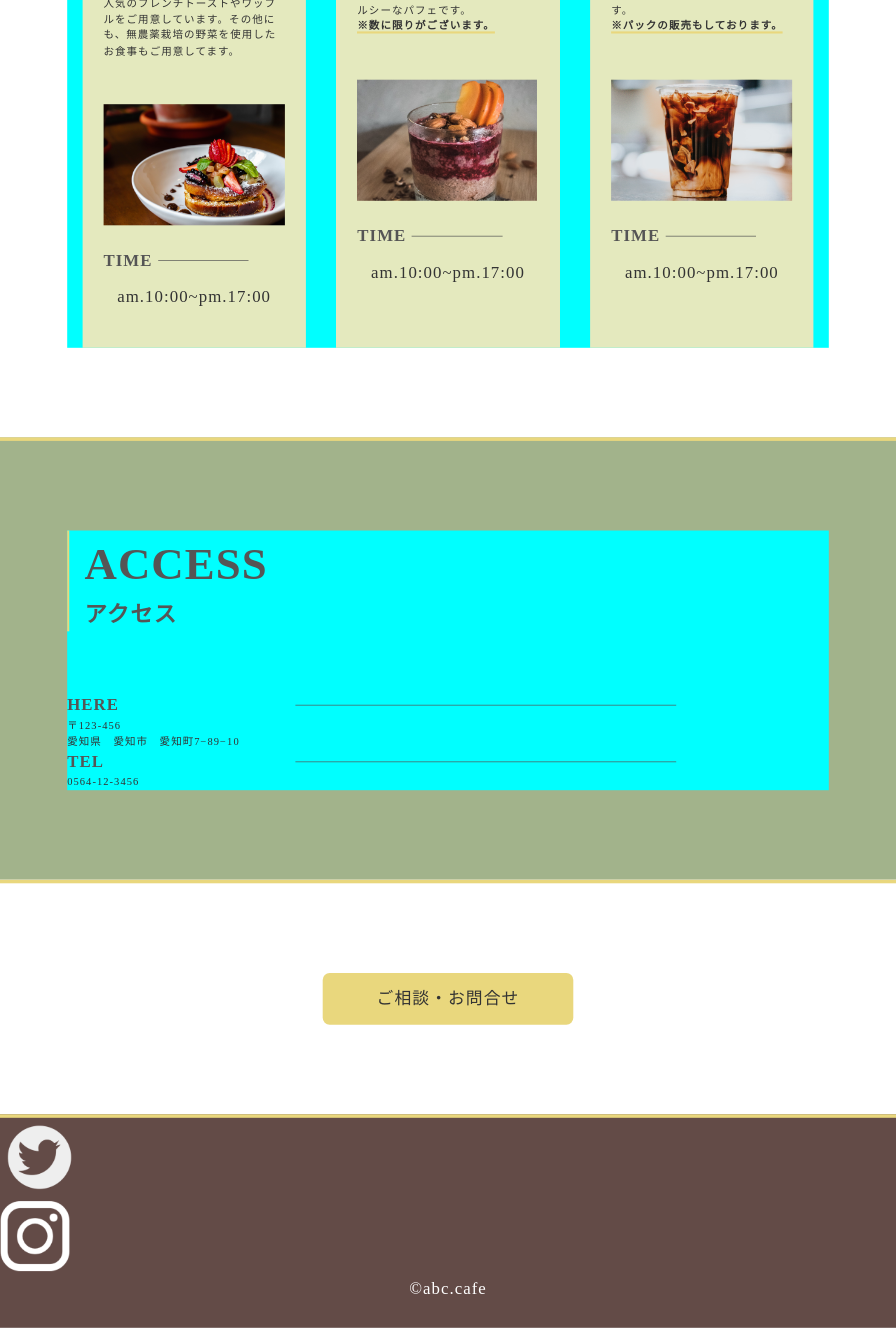
Repository: nozomi-23/lp1_test
Page: index.html
These files come from the project's save history. The page is drawn as it stood at one moment and after the next save; the edit follows.
The browser window is 1280 px wide. The pictures show the part of the page from y = 3597 to 5517 px (the page is 5494 px tall before and 5517 px after), at 70% of full size.

Above is the page before, as saved 2022-06-08 22:49:43.

After the next save:
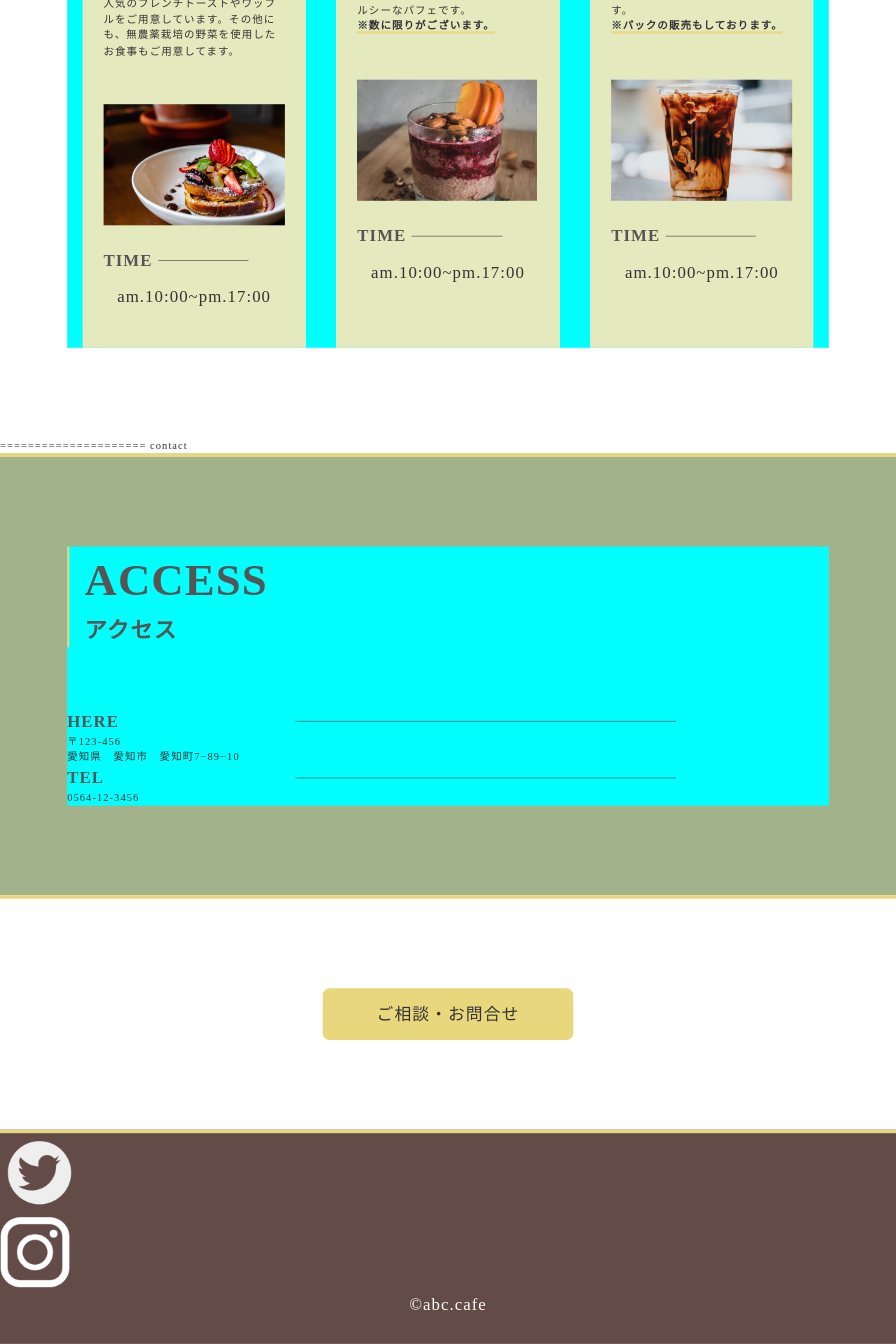
Saved 6 s later.
--- a/index.html
+++ b/index.html
@@ -142,9 +142,9 @@
       </div>
     </div>
   </section>
-  <!-- ================/* =====================
+  <!-- ================/*
+=========================*/ --> =====================
 contact
-=========================*/ -->
   <section class="section" id="access">
     <div class="inner">
       <h2 class="title">ACCESS<span>アクセス</span></h2>
